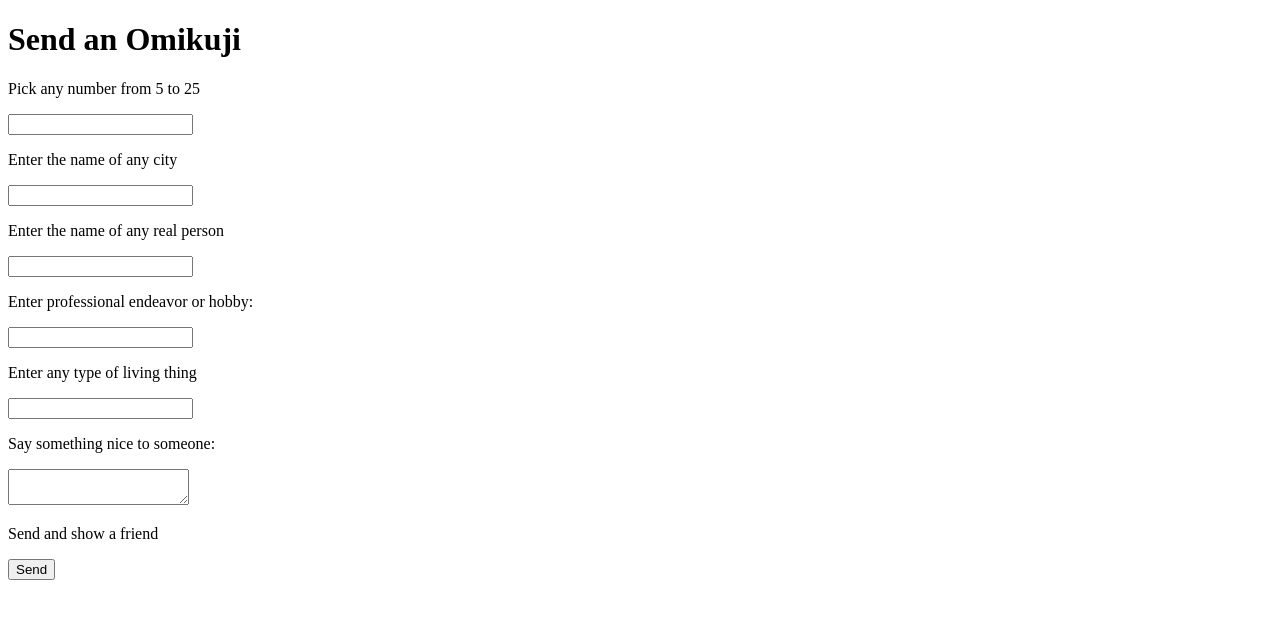
Repository: ShathaMorales/Java-Stack
Page: http://localhost/OmikujiForm/WEB-INF/index.jsp
An editor plug-in stored every save of this project. The page is shown before and after the next save, followed by the edit.
The browser window is 1280 px wide. The pictures show the whole page.
The page is served by Tomcat 10. Nobody is signed in. The template is opened directly, without the code that normally fills it, so the values that code supplies are empty.

Above is the page before, as saved 2023-05-06 10:15:06.

After the next save:
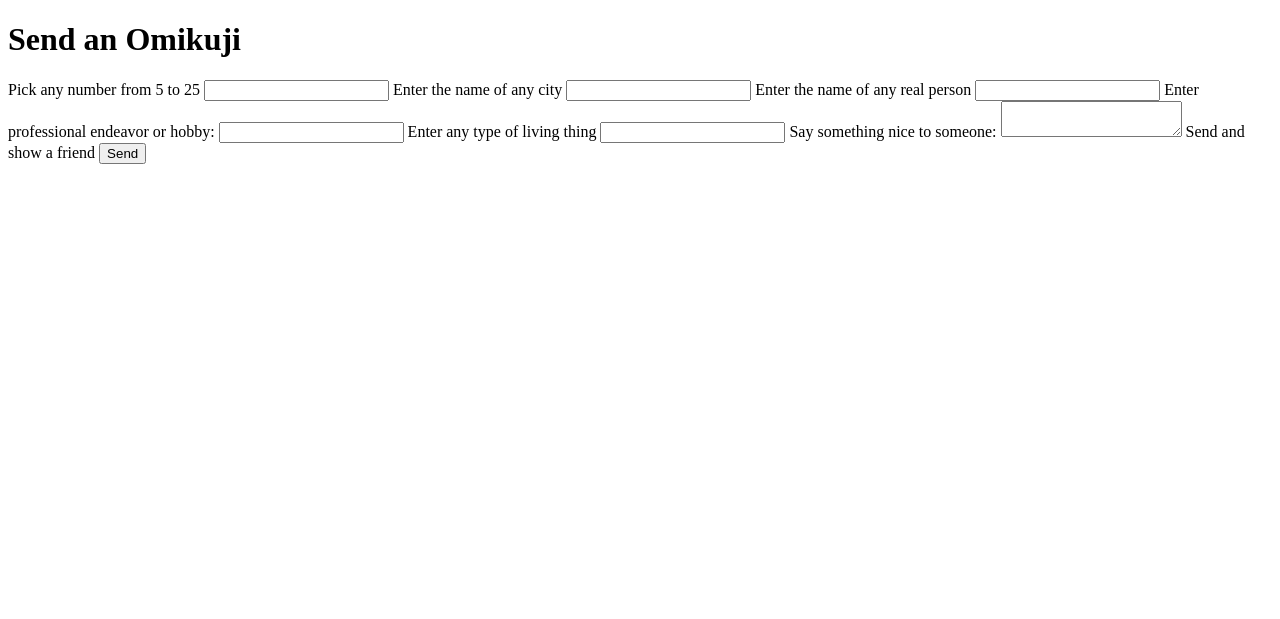
Saved 2 min 25 s later.
--- a/_java/JavaSpring/OmikujiForm/OmikujiForm/src/main/webapp/WEB-INF/index.jsp
+++ b/_java/JavaSpring/OmikujiForm/OmikujiForm/src/main/webapp/WEB-INF/index.jsp
@@ -11,25 +11,25 @@
 <body>
 	<h1>Send an Omikuji</h1>
 	<form action="/handle" method="POST">
-		<p>Pick any number from 5 to 25</p>
+		<label>Pick any number from 5 to 25</label>
 		<input type="number" name="number">
 
-		<p>Enter the name of any city</p>
+		<label>Enter the name of any city</label>
 		<input type="text" name="city">
 
-		<p>Enter the name of any real person</p>
+		<label>Enter the name of any real person</label>
 		<input type="text" name="name">
 
-		<p>Enter professional endeavor or hobby:</p>
+		<label>Enter professional endeavor or hobby:</label>
 		<input type="text" name="hobby">
 
-		<p>Enter any type of living thing</p>
+		<label>Enter any type of living thing</label>
 		<input type="text" name="thing">
 
-		<p>Say something nice to someone:</p>
+		<label>Say something nice to someone:</label>
 		<textarea id="textarea" name="textarea"></textarea>
 
-		<p>Send and show a friend</p>
+		<label>Send and show a friend</label>
 		<input type="submit" value="Send">
 	</form>
 </body>
